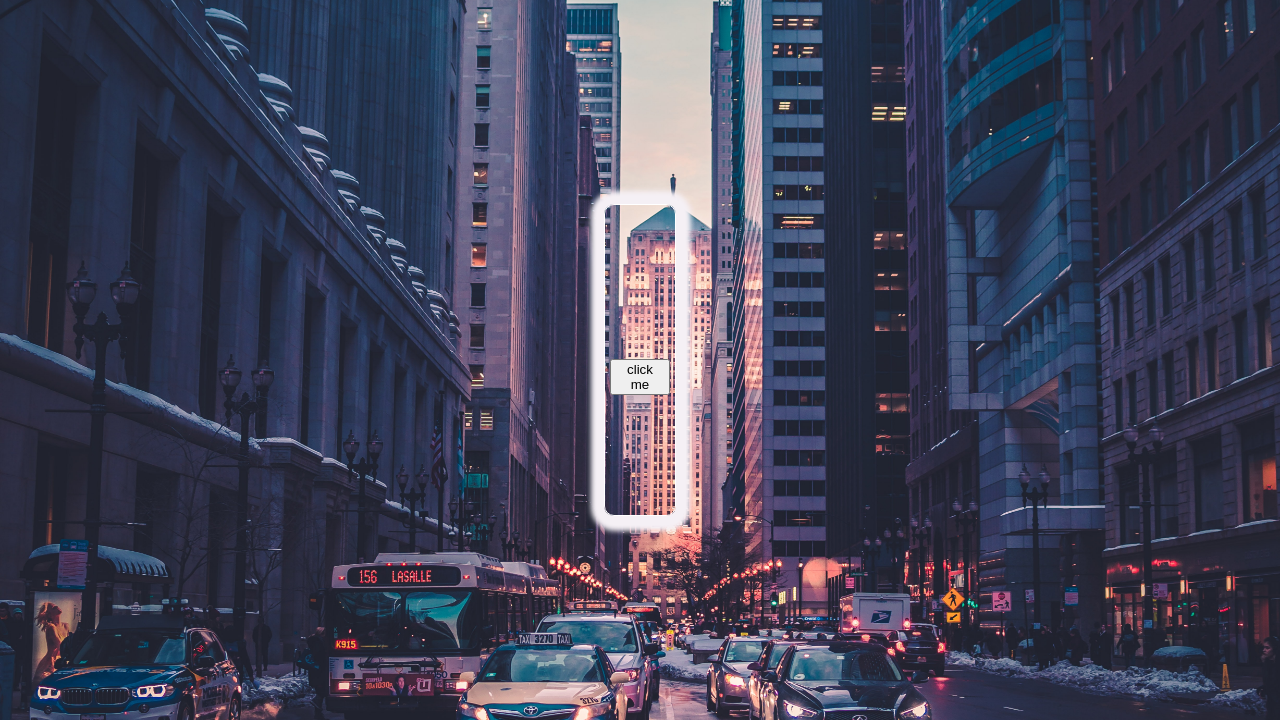
Repository: lamilekan263/random_advice
Page: /
An editor plug-in stored every save of this project. The page is shown before and after the next save, followed by the edit.
The browser window is 1280 px wide. The pictures show the whole page.
The page's requests for data from a server got no answer. The project was rebuilt for these pictures with package versions that can differ from the ones it lists, and the page was loaded fresh each time. No one was signed in, and anything a server would have sent is missing.

Above is the page before, as saved 2020-08-10 14:43:53.

### src/App.js
import React from 'react';
import './App.css';
import axios from 'axios'

class App extends React.Component{

  state = {
    advice : ''
  }
 componentDidMount(){
    this.getAdvice()
  }

  getAdvice = ()=>{
    axios.get('https://api.adviceslip.com/advice')
    .then((response) =>{
      const { advice } = response.data.slip;
      console.log(advice)
      this.setState({ advice })
    })

  }

  render(){
    return(
      <div className="app">
        <div className="card">
          <h1> {this.state.advice}</h1>

          <button onClick = {this.getAdvice}>click me</button>
        </div>
      </div>
    )
  }
}


export default App

### src/App.css
body{
  margin:0;
  padding: 0;
  background-image: url('./bg.jpg');
  background-size: cover;
  background-repeat: no-repeat;
  height:100vh;
  background-position: center;
  background-color: rgba(0,0,05 rgba(0,0,04));
  display:flex;
  justify-content: center;
  text-align:center;
  align-items: center;
}

.card{
  width:80%;
  margin: 0 auto;
  background-color: transparent;
  border:1px solid white;
  padding:5px;
  border-radius: 10px;
  height:300px;
  display:flex;
  flex-direction:column;
  justify-content: center;
  text-align:center;
  align-items: center;
  -webkit-box-shadow: 1px 1px 5px 14px rgba(245,240,245,1);
  -moz-box-shadow: 1px 1px 5px 14px rgba(245,240,245,1);
  box-shadow: 1px 1px 5px 14px rgba(245,240,245,1);


}
h1{
  font-family: monospace;
  color:white;
}

Loaded but not shown: public/index.html (common file); src/index.js (common file); src/index.css (common file); src/serviceWorker.js (common file)

After the next save:
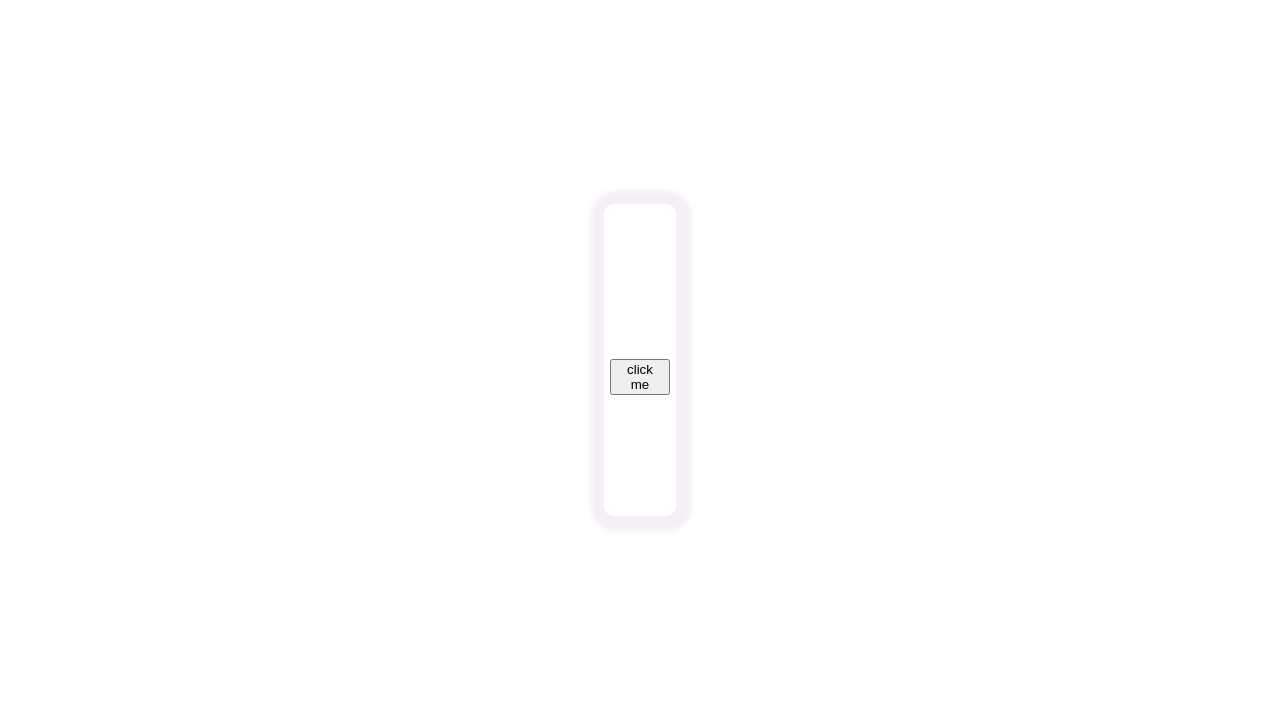
Saved 9 s later.
--- a/src/App.css
+++ b/src/App.css
@@ -6,7 +6,7 @@ body{
   background-repeat: no-repeat;
   height:100vh;
   background-position: center;
-  background-color: rgba(0,0,05 rgba(0,0,04));
+  background: rgba(255, 255, 255, 0.8);
   display:flex;
   justify-content: center;
   text-align:center;
